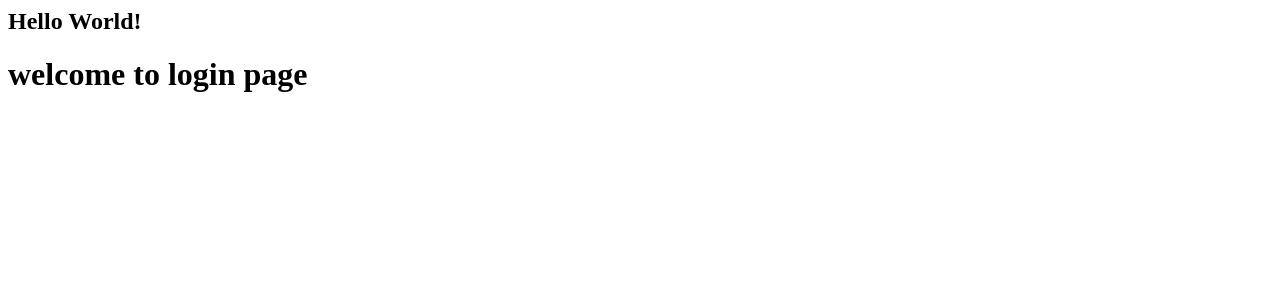
Repository: rkgupta8858/Advance-Java-Practice
Page: http://localhost/Spring-WebMVC3/
The author's editor kept a copy of each file at every save. The page is drawn from the files as they stood at one save, then again after the next save.
The browser window is 1280 px wide. The pictures show the whole page.
The page is served by Tomcat 10.

Above is the page before, as saved 2025-11-20 04:43:27.

After the next save:
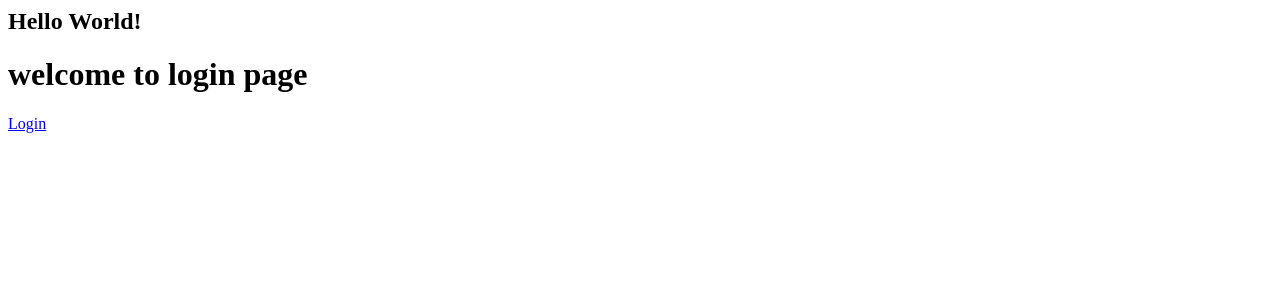
Saved 28 s later.
--- a/Spring MVC/Spring-WebMVC3/src/main/webapp/index.jsp
+++ b/Spring MVC/Spring-WebMVC3/src/main/webapp/index.jsp
@@ -4,6 +4,7 @@
 	<h2>Hello World!</h2>
 	<div>
 	<h1> welcome to login page </h1>
+	<a href="loginPage"> Login</a>
 	</div>
 </body>
 </html>
